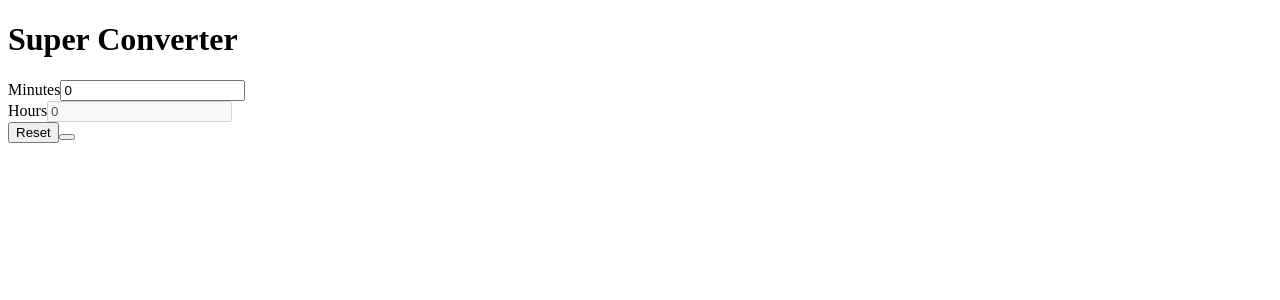
Repository: Leeminsu67/react-principle-study
Page: converter.html
An editor plug-in stored every save of this project. The page is shown before and after the next save, followed by the edit.
The browser window is 1280 px wide. The pictures show the whole page.

Above is the page before, as saved 2024-08-01 16:56:00.

After the next save:
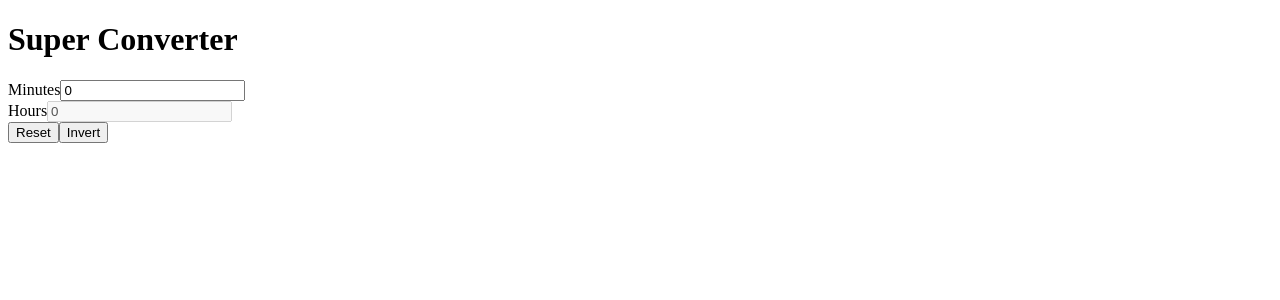
Saved 13 s later.
--- a/converter.html
+++ b/converter.html
@@ -48,7 +48,7 @@
             />
           </div>
           <button onClick={reset}>Reset</button>
-          <button onClick={onFlip}>{inverted ? "" : ""}</button>
+          <button onClick={onFlip}>{inverted ? "Turn back" : "Invert"}</button>
         </div>
       );
     };
